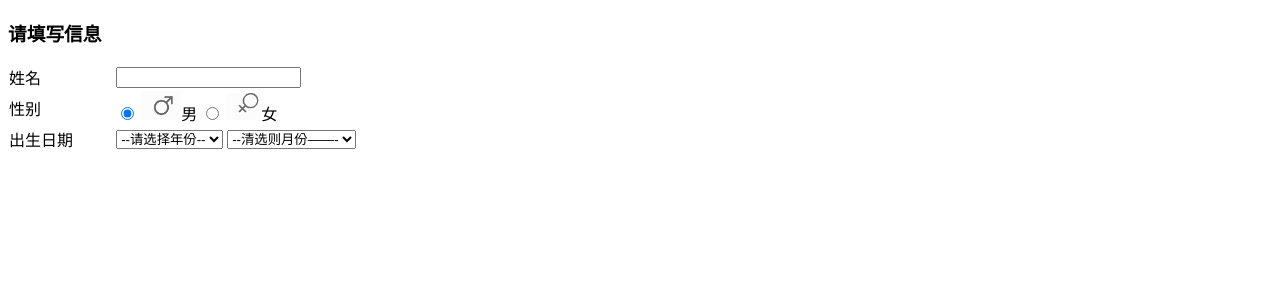
Repository: ls02/VSCode
Page: Java/2022/6-21-1/Test2.html
An editor plug-in stored every save of this project. The page is shown before and after the next save, followed by the edit.
The browser window is 1280 px wide. The pictures show the whole page.

Above is the page before, as saved 2022-06-21 15:20:41.

After the next save:
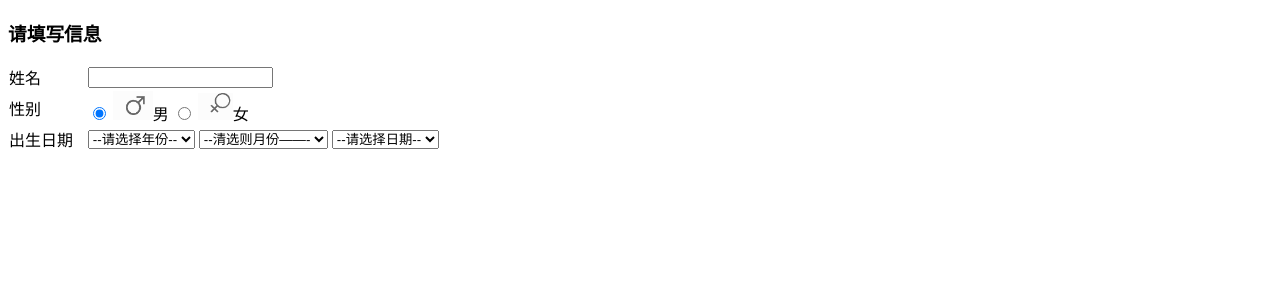
Saved 2 min 41 s later.
--- a/Java/2022/6-21-1/Test2.html
+++ b/Java/2022/6-21-1/Test2.html
@@ -2,7 +2,7 @@
  * @Author: ls02 <2877455773@qq.com>
  * @Date: 2022-06-21 14:55:00
  * @LastEditors: ls02 <2877455773@qq.com>
- * @LastEditTime: 2022-06-21 15:20:40
+ * @LastEditTime: 2022-06-21 15:23:21
  * @FilePath: \Java\2022\6-21-1\Test2.html
  * @Description:
  *
@@ -59,18 +59,52 @@
                     </select>
                     <select>
                         <option>--清选则月份——-</option>
-                        <option vlaue="1">1</option>
-                        <option vlaue="1">2</option>
-                        <option vlaue="1">3</option>
-                        <option vlaue="1">4</option>
-                        <option vlaue="1">5</option>
-                        <option vlaue="1">6</option>
-                        <option vlaue="1">7</option>
-                        <option vlaue="1">8</option>
-                        <option vlaue="1">9</option>
-                        <option vlaue="1">10</option>
-                        <option vlaue="1">11</option>
-                        <option vlaue="1">12</option>
+                        <option vlaue="">1</option>
+                        <option vlaue="">2</option>
+                        <option vlaue="">3</option>
+                        <option vlaue="">4</option>
+                        <option vlaue="">5</option>
+                        <option vlaue="">6</option>
+                        <option vlaue="">7</option>
+                        <option vlaue="">8</option>
+                        <option vlaue="">9</option>
+                        <option vlaue="">10</option>
+                        <option vlaue="">11</option>
+                        <option vlaue="">12</option>
+                    </select>
+                    <select>
+                        <option>--请选择日期--</option>
+                        <option vlaue="">1</option>
+                        <option vlaue="">2</option>
+                        <option vlaue="">3</option>
+                        <option vlaue="">4</option>
+                        <option vlaue="">5</option>
+                        <option vlaue="">6</option>
+                        <option vlaue="">7</option>
+                        <option vlaue="">8</option>
+                        <option vlaue="">9</option>
+                        <option vlaue="">10</option>
+                        <option vlaue="">11</option>
+                        <option vlaue="">12</option>
+                        <option vlaue="">13</option>
+                        <option vlaue="">14</option>
+                        <option vlaue="">15</option>
+                        <option vlaue="">16</option>
+                        <option vlaue="">17</option>
+                        <option vlaue="">18</option>
+                        <option vlaue="">19</option>
+                        <option vlaue="">20</option>
+                        <option vlaue="">21</option>
+                        <option vlaue="">22</option>
+                        <option vlaue="">23</option>
+                        <option vlaue="">24</option>
+                        <option vlaue="">25</option>
+                        <option vlaue="">26</option>
+                        <option vlaue="">27</option>
+                        <option vlaue="">28</option>
+                        <option vlaue="">29</option>
+                        <option vlaue="">30</option>
+                        <option vlaue="">31</option>
                     </select>
                 </td>
             </tr>
